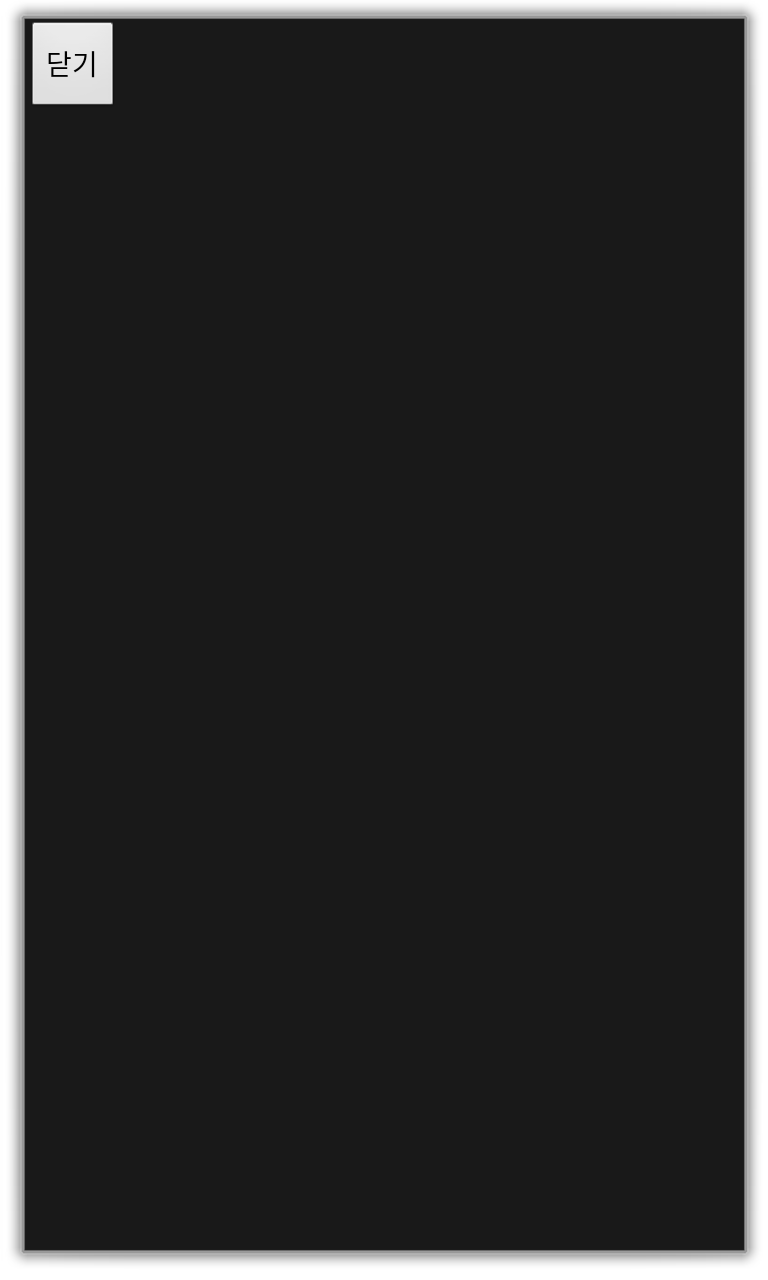
Repository: tae-jun/android
Layout: h1024_MulitipleActivities/res/layout/activity_image.xml
These files come from the project's save history. The layout is drawn as it stood at one moment and after the next save; the edit follows.
It is drawn on a 768 x 1280 px phone screen (xhdpi) without system bars, with theme android:Theme.Dialog; the app's code is not run.

Above is the layout before, as saved 2014-10-23 15:22:23.

After the next save:
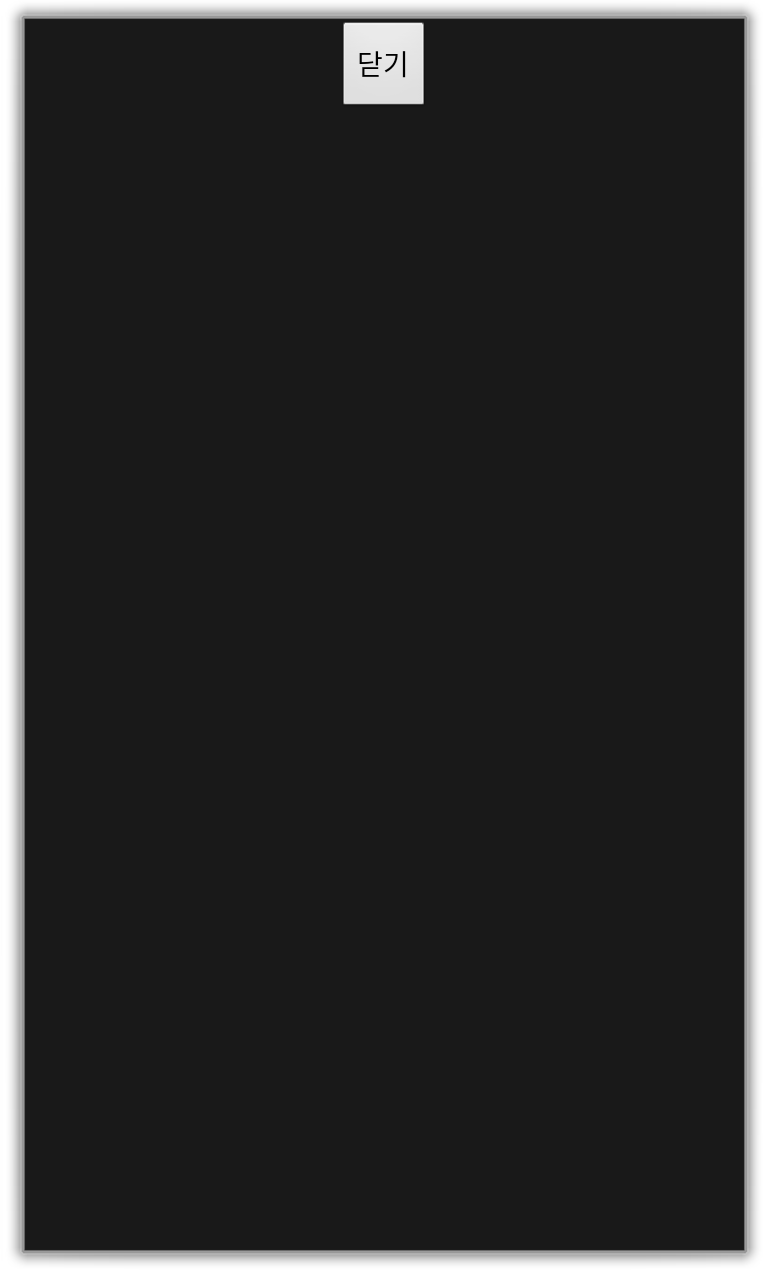
Saved 2 min 8 s later.
--- a/h1024_MulitipleActivities/res/layout/activity_image.xml
+++ b/h1024_MulitipleActivities/res/layout/activity_image.xml
@@ -14,6 +14,7 @@
         android:id="@+id/btnClose"
         android:layout_width="wrap_content"
         android:layout_height="wrap_content"
+        android:layout_gravity="center_horizontal"
         android:text="닫기" />
 
 </LinearLayout>

After the 2 saves that followed:
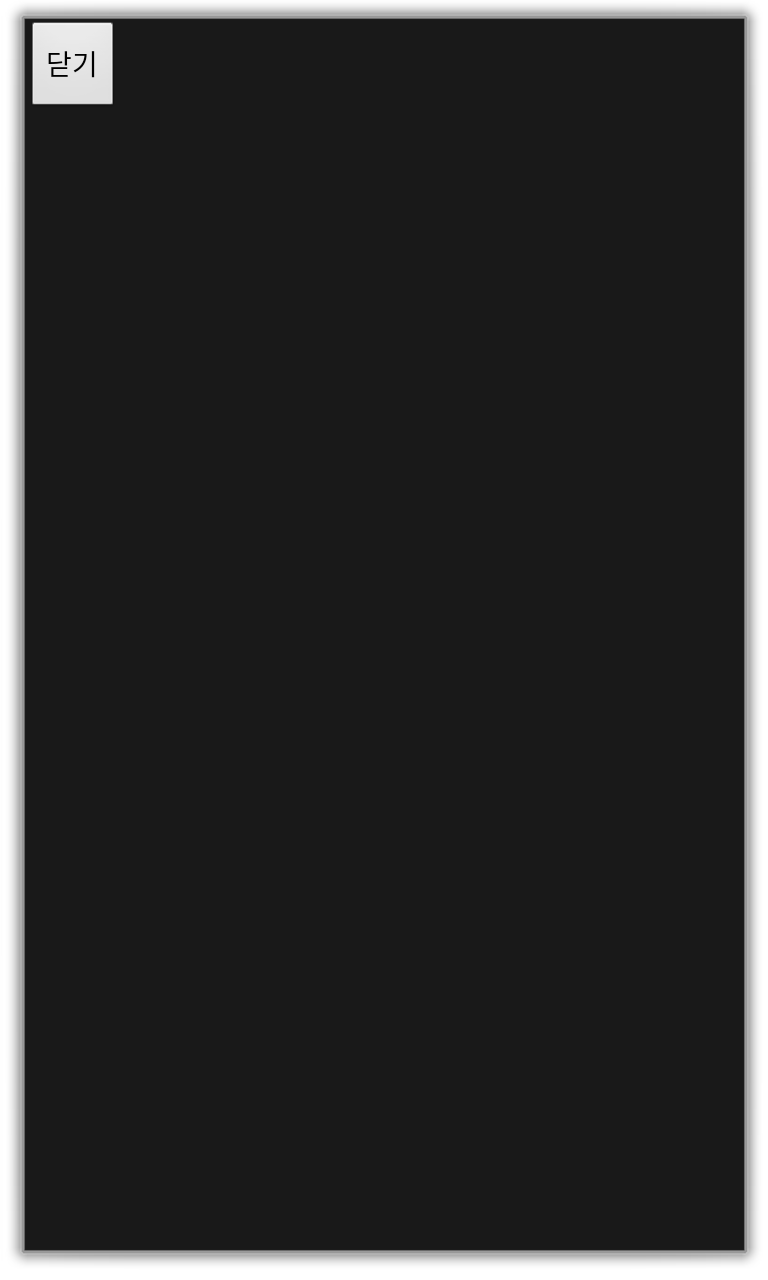
The 2 saves are shown as one change because 1 left the picture as it was.
The last was saved 2 min 19 s later.
--- a/h1024_MulitipleActivities/res/layout/activity_image.xml
+++ b/h1024_MulitipleActivities/res/layout/activity_image.xml
@@ -14,7 +14,6 @@
         android:id="@+id/btnClose"
         android:layout_width="wrap_content"
         android:layout_height="wrap_content"
-        android:layout_gravity="center_horizontal"
         android:text="닫기" />
 
 </LinearLayout>
